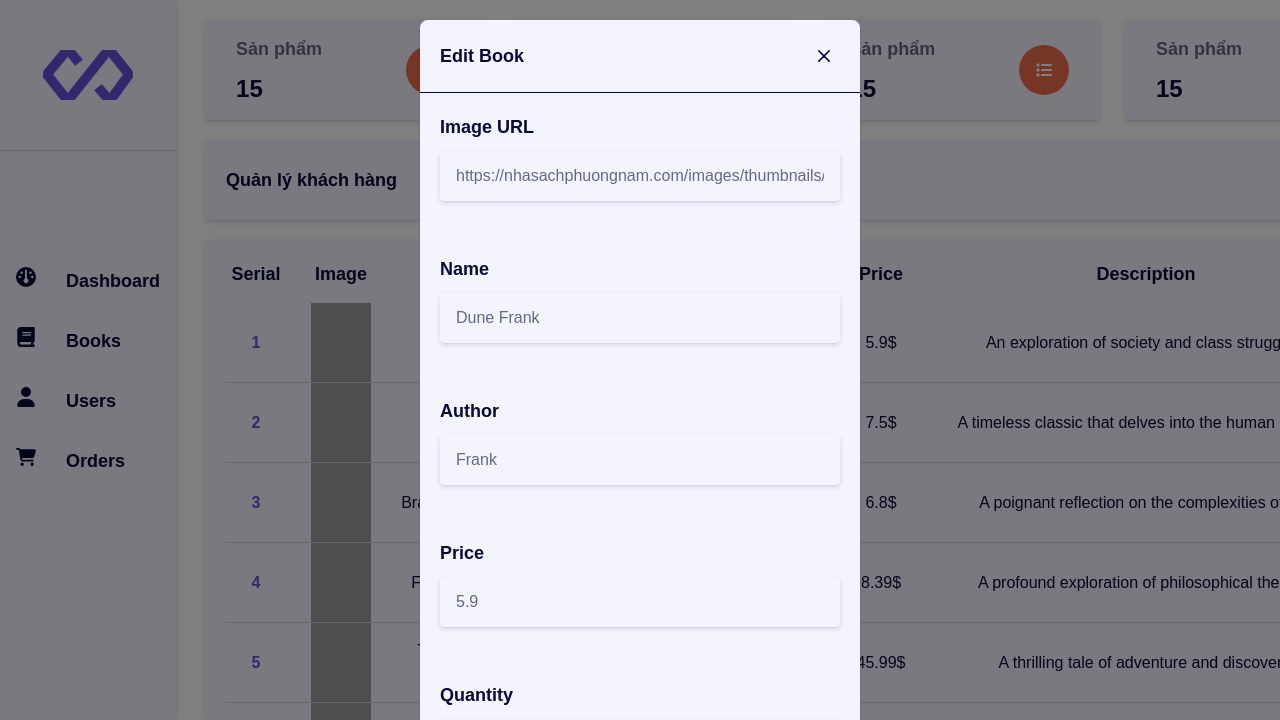
Repository: kauittt/BookStore_FE
Page: / (app in book-store/), after clicking the first element matching `svg.fa-pen`
These files come from the project's save history. The page is drawn as it stood at one moment and after the next save; the edit follows.
The browser window is 1280 px wide. The pictures show the whole page.
Pictures or frames that could not be fetched are drawn as grey boxes. An inner scrolling area shows only its first screen. The project was rebuilt for these pictures with package versions that can differ from the ones it lists, and the page was loaded fresh each time. Also part of the build but not shown: book-store/vite.config.js, book-store/src/components/login-signup/Login.jsx, book-store/src/components/book/BookItem.jsx, book-store/src/components/book/BookList.jsx, book-store/src/components/elements/BackNavigation.jsx, book-store/src/components/book/BookDetail.jsx, book-store/src/components/cart/QuantitySelector.jsx, book-store/src/components/cart/CartItem.jsx and 3 more.

Above is the page before, as saved 2024-07-20 13:43:47.

After the next save:
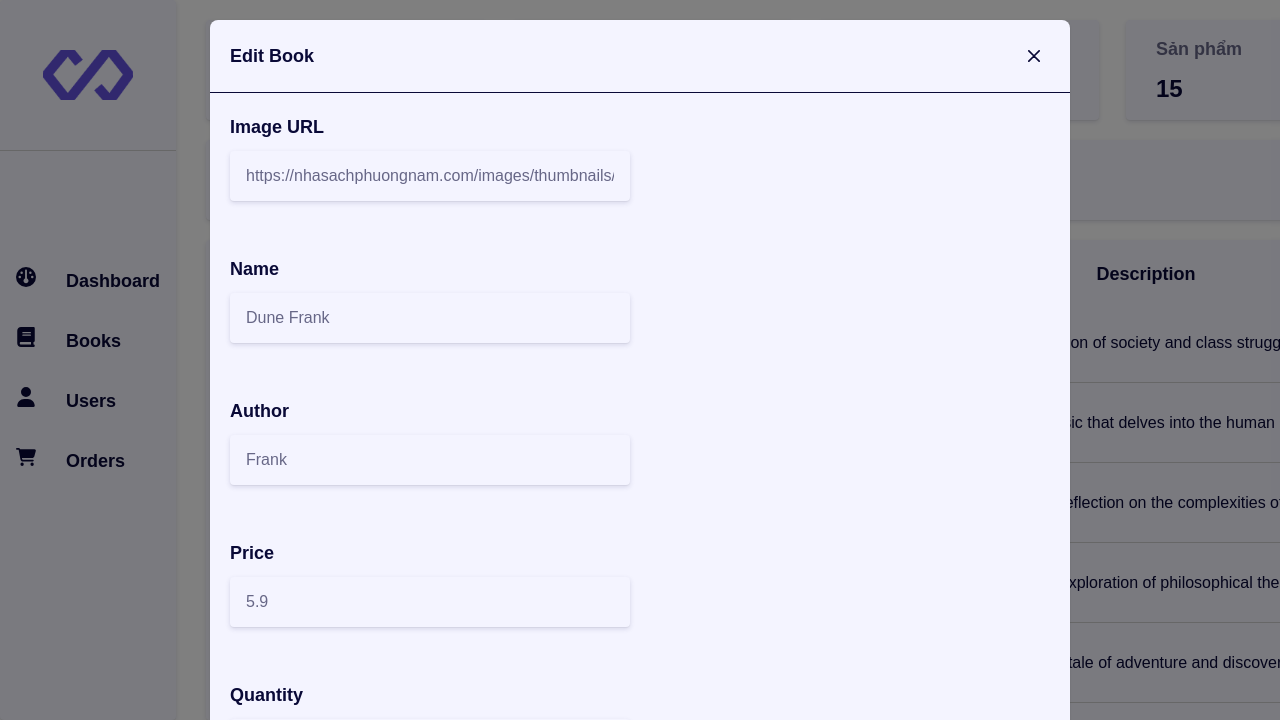
Saved 38 s later.
--- a/book-store/src/components/elements/Modal.jsx
+++ b/book-store/src/components/elements/Modal.jsx
@@ -27,7 +27,7 @@ const Modal = ({ onClose, data, onSave }) => {
             id="crud-modal"
             className="fixed inset-0 bg-[#000] bg-opacity-50 flex justify-center items-center z-50"
         >
-            <div className="relative p-[20px]  max-h-full">
+            <div className="relative p-[20px] w-[900px] max-h-full">
                 <div className="relative bg-bgr-main rounded-lg shadow dark:bg-gray-700">
                     <div className="flex items-center justify-between p-4 md:p-5 border-b rounded-t dark:border-gray-600">
                         <h3 className="text-lg font-semibold text-gray-900 dark:text-white">
